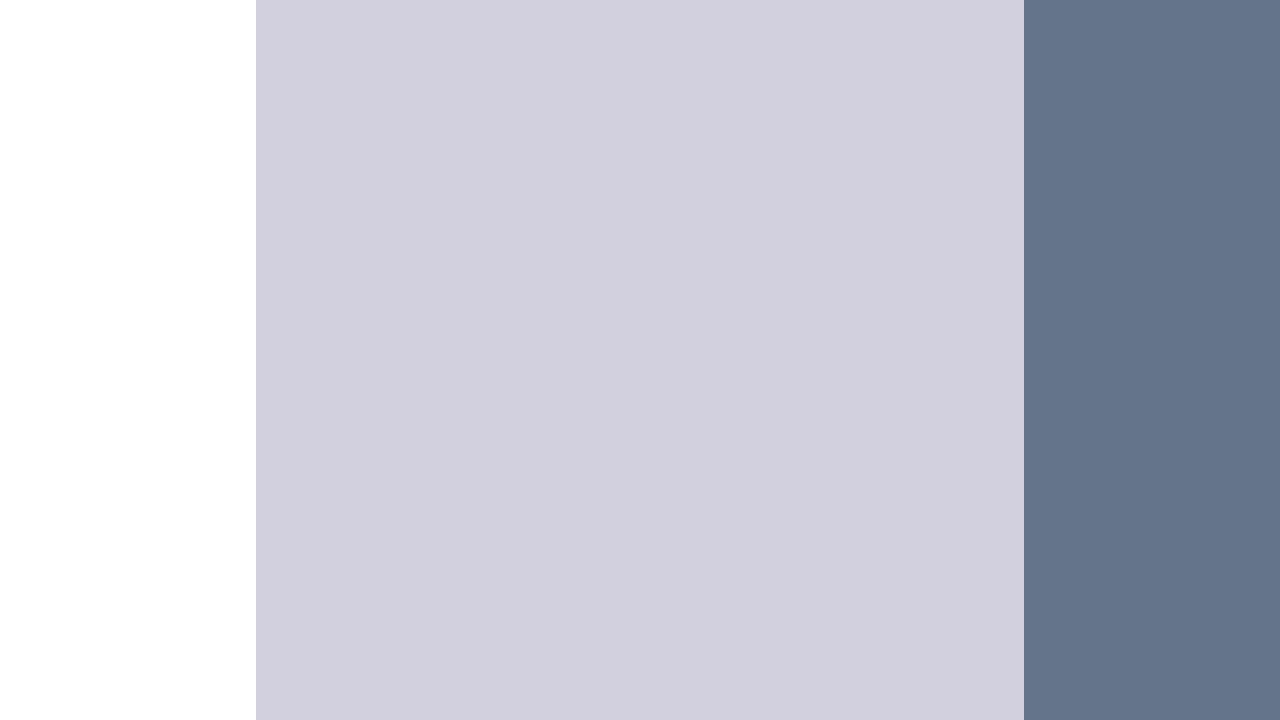
Repository: cosmicswati/upgrad-captions-project
Page: /account/signup
The author's editor kept a copy of each file at every save. The page is drawn from the files as they stood at one save, then again after the next save.
The browser window is 1280 px wide. The pictures show the whole page.
An inner scrolling area shows only its first screen. The project was rebuilt for these pictures with package versions that can differ from the ones it lists, and the page was loaded fresh each time. Also part of the build but not shown: src/components/Input/index.js, src/components/Button/index.js, src/modules/Authorization/Form.jsx, src/modules/Authorization/index.js.

Above is the page before, as saved 2024-04-09 13:06:38.

After the next save:
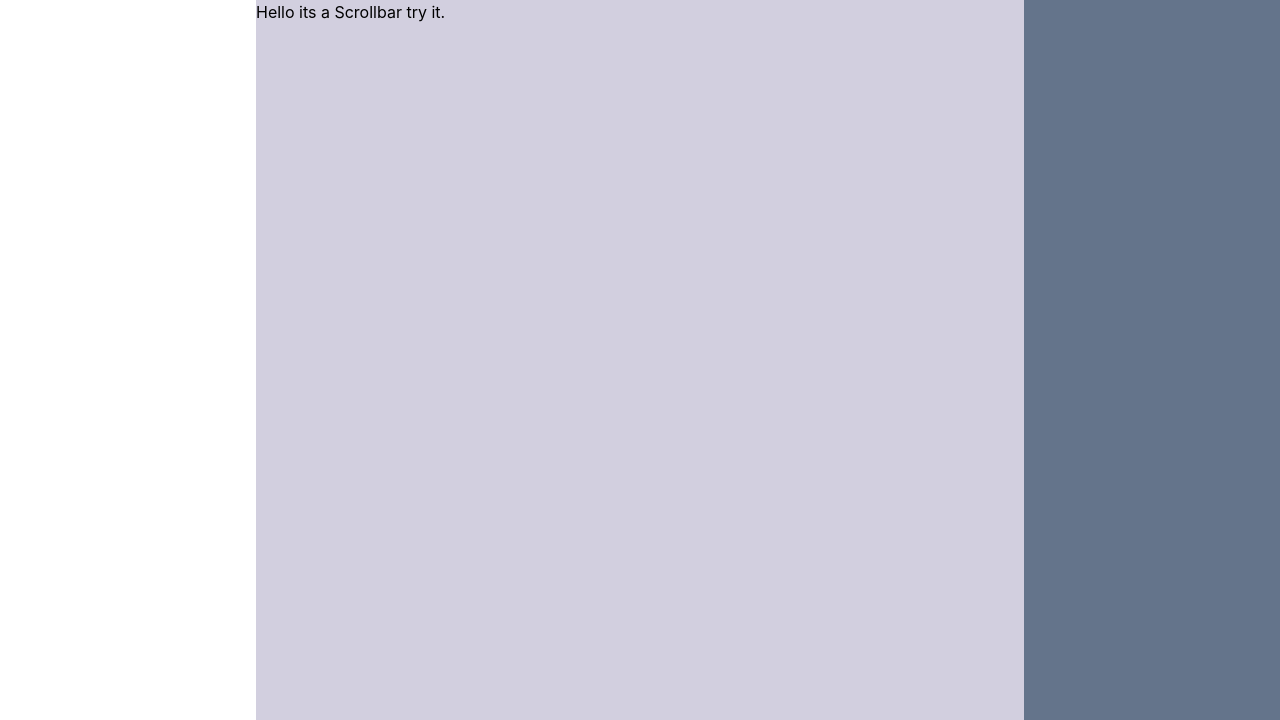
Saved 81 s later.
--- a/src/modules/Home/index.js
+++ b/src/modules/Home/index.js
@@ -4,7 +4,9 @@ const Home = () => {
   return (
     <div className='h-screen bg-[#d2cfdf] flex overflow-hidden'>
         <div className='w-[20%] bg-white'></div>
-        <div className='w-[60%] overflow-scroll h-full scrollbar-hide'></div>
+        <div className='w-[60%] overflow-scroll h-full scrollbar-hide'>
+            <div className='h-[1500px]'>Hello its a Scrollbar try it.</div>
+        </div>
         <div className='w-[20%] bg-slate-500'></div>
     </div>
   )
